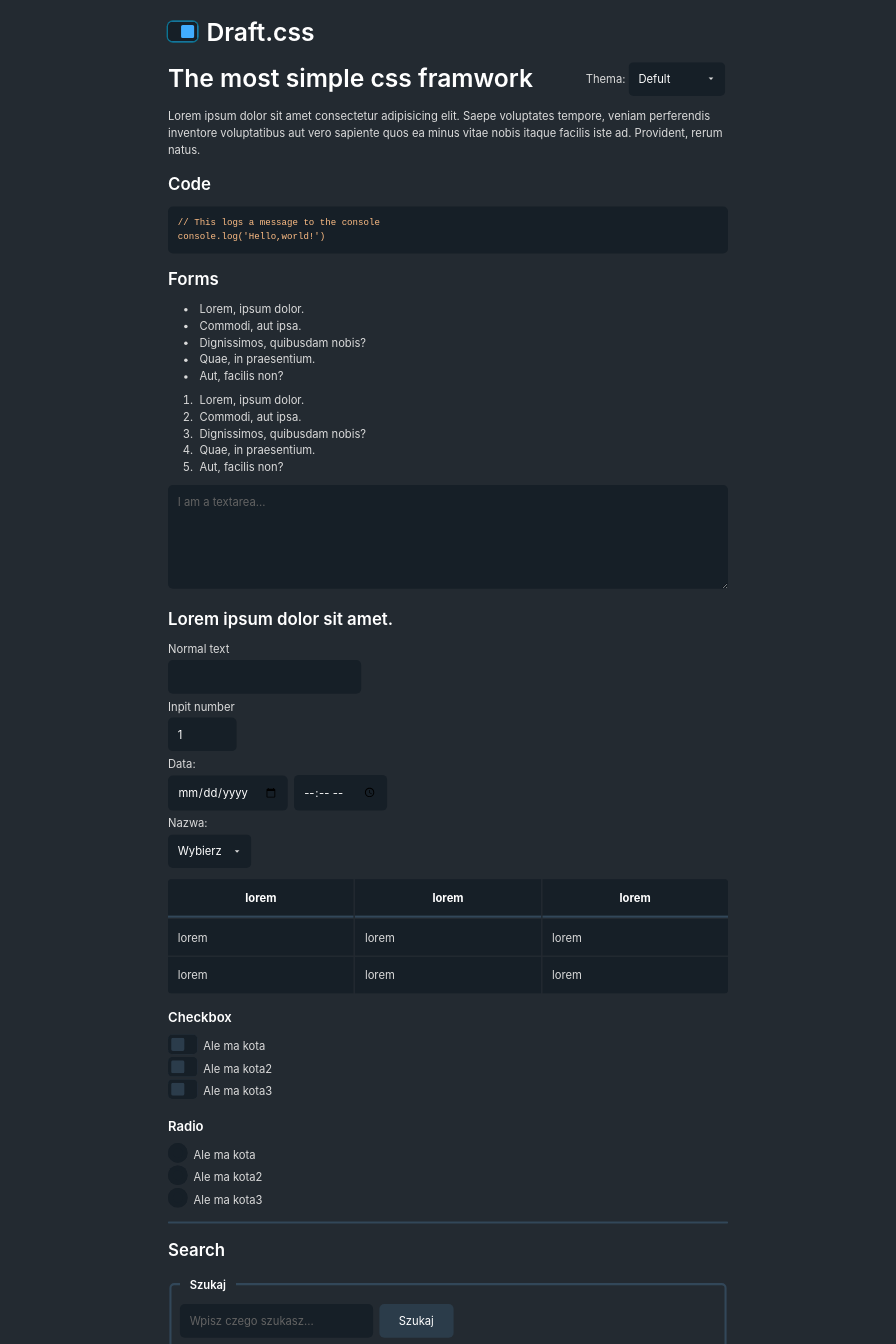
Repository: KozakBartosz/Draft
Page: index.html
An editor plug-in stored every save of this project. The page is shown before and after a run of saves, followed by the edit.
The browser window is 1280 px wide. The pictures show the part of the page from y = 0 to 1920 px (the page is 3289 px tall before and 3299 px after), at 70% of full size.

Above is the page before, as saved 2019-04-12 08:06:31.

### index.html
<!DOCTYPE html>
<html lang="en">
	<head>
		<meta charset="UTF-8" />
		<meta name="viewport" content="width=device-width, initial-scale=1.0" />
		<meta http-equiv="X-UA-Compatible" content="ie=edge" />
		<title>Draft.css</title>
		<link rel="stylesheet" href="draft.css" />
	</head>
	<body>
		<h1><input type="checkbox" checked="checked" /> Draft.css</h1>
		<div style="float: right">
			Thema:
			<select name="" id="changethema">
				<option value="0">Defult</option>
				<option value="1">Defult mini</option>
				<option value="2">Light</option>
				<option value="3">Blood</option>
				<option value="4">Matrix</option>
			</select>
		</div>
		<h1>The most simple css framwork</h1>

		<p>
			Lorem ipsum dolor sit amet consectetur adipisicing elit. Saepe
			voluptates tempore, veniam perferendis inventore voluptatibus aut
			vero sapiente quos ea minus vitae nobis itaque facilis iste ad.
			Provident, rerum natus.
		</p>

		<h2>Code</h2>
		<pre><code>// This logs a message to the console<br />console.log('Hello,world!')</code></pre>
		<h2>Forms</h2>

		<ul>
			<li>Lorem, ipsum dolor.</li>
			<li>Commodi, aut ipsa.</li>
			<li>Dignissimos, quibusdam nobis?</li>
			<li>Quae, in praesentium.</li>
			<li>Aut, facilis non?</li>
		</ul>
		<ol>
			<li>Lorem, ipsum dolor.</li>
			<li>Commodi, aut ipsa.</li>
			<li>Dignissimos, quibusdam nobis?</li>
			<li>Quae, in praesentium.</li>
			<li>Aut, facilis non?</li>
		</ol>
		<textarea
			name="about"
			id="about"
			placeholder="I am a textarea..."
			rows="6"
		></textarea>
		<h2>Lorem ipsum dolor sit amet.</h2>
		<label>
			Normal text
			<input type="text" />
		</label>
		<label>
			Inpit number <input type="number" / value="1">
		</label>
		Data:
		<div>
			<input type="date" />
			<input type="time" />
		</div>
		<label>
			Nazwa:
			<select name="" id="">
				<option value="">Wybierz</option>
				<option value="">jeden</option>
				<option value="">dwa</option>
				<option value="">trzy</option>
			</select>
		</label>

		<table>
			<tr>
				<th>lorem</th>
				<th>lorem</th>
				<th>lorem</th>
			</tr>
			<tr>
				<td>lorem</td>
				<td>lorem</td>
				<td>lorem</td>
			</tr>
			<tr>
				<td>lorem</td>
				<td>lorem</td>
				<td>lorem</td>
			</tr>
		</table>

		<h3>Checkbox</h3>
		<label> <input type="checkbox" /> Ale ma kota </label>

		<label> <input type="checkbox" /> Ale ma kota2 </label>

		<label> <input type="checkbox" /> Ale ma kota3 </label>

		<h3>Radio</h3>
		<label> <input type="radio" name="radio" /> Ale ma kota </label>
		<label> <input type="radio" name="radio" /> Ale ma kota2 </label>
		<label> <input type="radio" name="radio" /> Ale ma kota3 </label>

		<hr />

		<h2>Search</h2>

		<fieldset class="search">
			<legend>Szukaj</legend>
			<form action="produkty,szukaj" method="get">
				<input
					type="text"
					name="q"
					placeholder="Wpisz czego szukasz..."
				/>
				<button>Szukaj</button>
			</form>
		</fieldset>

		<h2>Change button color by html</h2>

		<h2>Code</h2>
		<pre><code>&lt;button&gt;Exit&lt;/button&gt;<br>&lt;button style="--button: #7e1616; --buttonhover: #b40d0d;"&gt;
	Ok<br>&lt;/button&gt;</code></pre>

		<h3>result</h3>
		<button>Exit</button>
		<button style="--button: #7e1616; --buttonhover: #b40d0d;">
			Ok
		</button>

		<h2>Details</h2>

		<details>
			<summary>Szczypta detali</summary>
			<p>Informacje szczegółowe na dany temat.</p>
		</details>

		<details open>
			<summary>Jeszcze wiecej szczegółów</summary>
			<p>Tu jest jeszcze wiecej informacji szczegółowych</p>
		</details>

		<h2>Real Form</h2>

		<form>
			<label for="email">Email</label>
			<input
				type="email"
				name="email"
				id="email"
				placeholder="john.doe@gmail.com"
			/>

			<label for="id">User id (read only)</label>
			<input readonly="" name="id" id="id" value="04D6H89Z" />

			<label for="disabled">Random disabled input</label>
			<input
				disabled=""
				name="disabled"
				id="disabled"
				placeholder="Because why not?"
			/>

			<label for="about">About me</label>

			<input type="checkbox" name="remember" id="remember" checked="" />
			<label for="remember">Remember me</label>

			<input type="submit" />
		</form>

		<p>
			<strong>Lorem ipsum</strong> dolor sit,
			<a href="">amet consectetur adipisicing</a> elit.
			<i>Hic nobis</i> atque eligendi voluptatum doloribus rem praesentium
			veniam quo delectus explicabo, architecto ipsam ipsa unde vitae
			excepturi iusto nesciunt placeat ducimus.
		</p>
		<p>
			Lorem ipsum dolor sit amet consectetur adipisicing elit. Enim saepe
			quisquam delectus accusantium nam recusandae obcaecati ullam, non
			neque <a href="">commodi modi tempore </a>magni magnam. Tenetur
			officiis mollitia facere libero sint.
		</p>
		<h4>Lorem ipsum dolor sit amet.</h4>
		<p>
			Lorem ipsum dolor, sit amet consectetur adipisicing elit. Possimus,
			vero quibusdam. Rerum libero nihil aspernatur, ipsam vel voluptatem
			inventore quasi. Odit, sapiente? Delectus beatae laudantium sapiente
			cupiditate et libero? Corrupti.
		</p>

		<button>Send</button>
		<script>
			var themes = [
				[
					{ brand: "#41adff" },
					{ mainbg: "#232a31" },
					{ mainpaddng: "14px" },
					{ radius: "7px" },

					{ low: "#161f27" },
					{ like: "#2b3c4b" },
					{ midi: "#324759" },
					{ hight: "#0b7392" },

					{ text: "#dbdbdb" },
					{ textContrast: "#fff" },

					{ code: "#ffbe85" },

					{ button: "#2b3c4a" },
					{ buttonhover: "#334a5e" },
					{ buttontext: "#fff" },

					{ fillhover: "#1b2731" }
				],
				[
					{ brand: "#41adff" },
					{ mainbg: "#232a31" },
					{ mainpaddng: "12px" },
					{ radius: "12px" },

					{ low: "#161f27" },
					{ like: "#2b3c4b" },
					{ midi: "#324759" },
					{ hight: "#0b7392" },

					{ text: "#dbdbdb" },
					{ textContrast: "#fff" },

					{ code: "#ffbe85" },

					{ button: "#2b3c4a" },
					{ buttonhover: "#334a5e" },
					{ buttontext: "#fff" },

					{ fillhover: "#1b2731" }
				],
				[
					{ brand: "#41adff" },
					{ mainbg: "#ffffff" },
					{ mainpaddng: "14px" },
					{ radius: "7px" },

					{ low: "#e8f1fa" },
					{ like: "#cfe2f7" },
					{ midi: "#b2cee7" },
					{ hight: "#1db5e4" },

					{ text: "#3f4646" },
					{ textContrast: "#1a1f1f" },

					{ code: "#20595f" },

					{ button: "#3dcca1" },
					{ buttonhover: "#34e0ad" },
					{ buttontext: "#fff" },

					{ fillhover: "#e8f5ff" }
				],
				[
					{ mainpaddng: "18px" },
					{ radius: "3px" },
					{ brand: "#c21a1a" },
					{ mainbg: "#312323" },

					{ code: "#ffbe85" },

					{ text: "#dbdbdb" },
					{ textContrast: "#fff" },

					{ button: "#4a2b2b" },
					{ buttonhover: "#5e3333" },
					{ buttontext: "#fff" },

					{ fillhover: "#311b1b" },

					{ low: "#271616" },
					{ like: "#4b2b2b" },
					{ midi: "#593232" },
					{ hight: "#800f0f" }
				],
				[
					{ mainpaddng: "11px" },
					{ radius: "13px" },
					{ brand: "#1ac260" },
					{ mainbg: "#233126" },

					{ code: "#c0ff85" },

					{ text: "#dbdbdb" },
					{ textContrast: "#fff" },

					{ button: "#324a2b" },
					{ buttonhover: "#385e33" },
					{ buttontext: "#fff" },

					{ fillhover: "#1b3122" },

					{ low: "#162717" },
					{ like: "#2b4b2e" },
					{ midi: "#32593f" },
					{ hight: "#0f803a" }
				]
			];

			let changethema = document.getElementById("changethema");
			let root = document.documentElement;
			changethema.addEventListener("change", e => {
				console.log(e);
				var theme = themes[e.target.value];
				theme.forEach(element => {
					var k = Object.keys(element)[0];
					root.style.setProperty("--" + k, element[k]);
				});
			});
		</script>
	</body>
</html>

### draft.css
/* TO DO */
/* <details> */
:root {
	--brand: #41adff;
	--mainbg: #232a31;
	--mainpaddng: 14px;
	--radius: 7px;

	--low: #161f27;
	--like: #2b3c4b;
	--midi: #324759;
	--hight: #0b7392;

	--text: #dbdbdb;
	--textContrast: #fff;

	--code: #ffbe85;

	--button: #2b3c4a;
	--buttonhover: #334a5e;
	--buttontext: #fff;

	--fillhover: #1b2731;
}
/*
:root {
	--brand: #41adff;
	--mainbg: #ffffff;
	--mainpaddng: 14px;
	--radius: 7px;

	--low: #e8f1fa;
	--like: #cfe2f7;
	--midi: #b2cee7;
	--hight: #1db5e4;

	--text: #3f4646;
	--textContrast: #1a1f1f;

	--code: #20595f;

	--button: #3dcca1;
	--buttonhover: #34e0ad;
	--buttontext: #fff;

	--fillhover: #e8f5ff;
} */

/* :root {
	--mainpaddng: 18px;
	--radius: 3px;
	--brand: #c21a1a;
	--mainbg: #312323;

	--code: #ffbe85;

	--text: #dbdbdb;
	--textContrast: #fff;

	--button: #4a2b2b;
	--buttonhover: #5e3333;
	--buttontext: #fff;

	--fillhover: #311b1b;

	--low: #271616;
	--like: #4b2b2b;
	--midi: #593232;
	--hight: #800f0f;
} */

/* :root {
	--mainpaddng: 11px;
	--radius: 13px;
	--brand: #1ac260;
	--mainbg: #233126;

	--code: #c0ff85;

	--text: #dbdbdb;
	--textContrast: #fff;

	--button: #324a2b;
	--buttonhover: #385e33;
	--buttontext: #fff;

	--fillhover: #1b3122;

	--low: #162717;
	--like: #2b4b2e;
	--midi: #32593f;
	--hight: #0f803a;
} */
body {
	font-family: -apple-system, BlinkMacSystemFont, "Segoe UI", "Roboto",
		"Oxygen", "Ubuntu", "Cantarell", "Fira Sans", "Droid Sans",
		"Helvetica Neue", sans-serif;
	line-height: 1.5;
	max-width: 800px;
	margin: 20px auto;
	padding: 0 var(--mainpaddng);
	color: var(--text);
	background: var(--mainbg);
	text-rendering: optimizeLegibility;
}

label {
	display: block;
}

button,
input,
textarea {
	vertical-align: middle;
	transition: background-color 0.2s ease, box-shadow 0.2s ease,
		transform 0.2s ease;
}
h1 {
	font-size: 2.2em;
	margin-top: 0;
}
h1,
h2,
h3,
h4,
h5,
h6 {
	margin-bottom: 12px;
}
h1,
h2,
h3,
h4,
h5,
h6,
strong {
	color: var(--textContrast);
	font-weight: 600;
}
button,
input[type="submit"],
input[type="button"],
input[type="checkbox"],
input[type="radio"] {
	cursor: pointer;
	display: inline-block;
}

input,
select,
button,
textarea {
	/* display: block; */
	color: var(--textContrast);
	background-color: var(--low);
	font-family: inherit;
	font-size: inherit;
	margin: 4px 4px 6px 0;
	padding: var(--mainpaddng);
	border: none;
	border-radius: var(--radius);
	outline: none;
	-webkit-appearance: none;
}
input[type="number"] {
	max-width: calc(var(--mainpaddng) * 5);
}

button:hover,
input:hover,
select:hover,
textarea:hover,
textarea:hover {
	background-color: var(--fillhover);
}

label > input,
label > select {
	display: block;
}

textarea {
	margin-right: 0;
	width: 100%;
	box-sizing: border-box;
	resize: vertical;
}
button,
input[type="submit"],
input[type="button"] {
	color: var(--buttontext);
	background-color: var(--button);
	padding: var(--mainpaddng) calc(var(--mainpaddng) * 2);
}

select {
	padding-right: calc(var(--mainpaddng) * 3);
	background: var(--low)
		url("data:[embedded picture, 198 characters]")
		100% 50%/27px 7px no-repeat;
}

input:focus,
select:focus,
button:focus,
textarea:focus {
	background-color: var(--fillhover);
	box-shadow: 0 0 0 2px var(--hight);
}

button:focus,
input[type="submit"]:focus,
input[type="button"]:focus {
	background-color: var(--buttonhover);
}

button:hover,
input[type="submit"]:hover,
input[type="button"]:hover {
	background-color: var(--buttonhover);
	box-shadow: 0 5px 20px -5px rgba(0, 0, 0, 0.35), 0 3px 0 0 var(--button);
	transform: translateY(-3px);
}
button:active {
	transform: translateY(0px);
	box-shadow: 0 5px 20px -5px rgba(0, 0, 0, 0.35);
}

input:disabled {
	cursor: not-allowed;
	opacity: 0.5;
}

input[type="radio"],
input[type="checkbox"] {
	margin-top: -2px;
	transition: background-color 0.25s ease,
		box-shadow 0.25s cubic-bezier(0.53, 1.59, 0.51, 1);
}
input[type="checkbox"] {
	background-color: var(--like);
	width: calc(var(--mainpaddng) * 3);
	box-shadow: calc(var(--mainpaddng) * -1) 0 0 calc(var(--mainpaddng) / 3)
			var(--low) inset,
		0 0 0 calc(var(--mainpaddng) / 3) var(--low) inset;
}
input[type="checkbox"]:hover,
input[type="radio"]:hover {
	background-color: var(--midi);
}
input[type="checkbox"]:focus {
	box-shadow: calc(var(--mainpaddng) * -1) 0 0 calc(var(--mainpaddng) / 3)
			var(--low) inset,
		0 0 0 calc(var(--mainpaddng) / 3) var(--low) inset,
		0 0 0 2px var(--hight);
}

input[type="radio"] {
	border-radius: 100%;
	box-shadow: 0 0 0 calc(var(--mainpaddng) / 2) var(--low) inset;
}
input[type="checkbox"]:checked,
input[type="radio"]:checked {
	box-shadow: 0 0 0 calc(var(--mainpaddng) / 3) var(--low) inset,
		0 0 0 2px var(--hight), 0 0 0 1px var(--low);
	background-color: var(--brand);
}

input[type="checkbox"]:checked {
	box-shadow: var(--mainpaddng) 0 0 calc(var(--mainpaddng) / 3) var(--low)
			inset,
		0 0 0 calc(var(--mainpaddng) / 3) var(--low) inset,
		0 0 0 2px var(--hight);
}

::placeholder {
	color: #636363;
}
a {
	text-decoration: none;
	color: var(--hight);
}
a:hover {
	text-decoration: underline;
	color: var(--brand);
}
ul,
ol {
	margin: 10px 0;
}

ul > li,
ol > li {
	color: var(--text);
	padding-left: 5px;
}

code,
kbd {
	background: var(--low);
	color: var(--code);
	padding: var(--mainpaddng);
	border-radius: var(--radius);
}
/* pre {
	margin: 0 calc(var(--mainpaddng) * -1);
} */
pre > code {
	display: block;
	overflow-x: auto;
}
img {
	max-width: 100%;
}
hr {
	margin: var(--mainpaddng) 0;
	border: none;
	height: 3px;
	border-radius: calc(var(--radius) / 6);
	background: var(--midi);
}
fieldset {
	border: 3px solid var(--midi);
	border-radius: var(--radius);
}
fieldset > legend {
	font-weight: 600;
	color: var(--textContrast);
	padding: calc(var(--mainpaddng) / 2) calc(var(--mainpaddng));
}

table {
	/* border-collapse: collapse; */
	margin: var(--mainpaddng) -2px;
	border-radius: calc(var(--radius) + 4px);
	width: calc(100% + 4px);
	overflow: hidden;
	border-spacing: 2px;
}
td,
th {
	padding: var(--mainpaddng);
	background: var(--low);
}
th {
	border-bottom: 3px solid var(--midi);
	color: var(--textContrast);
}
tr:hover td,
tr:hover th {
	background-color: var(--fillhover);
}

After the next 2 saves:
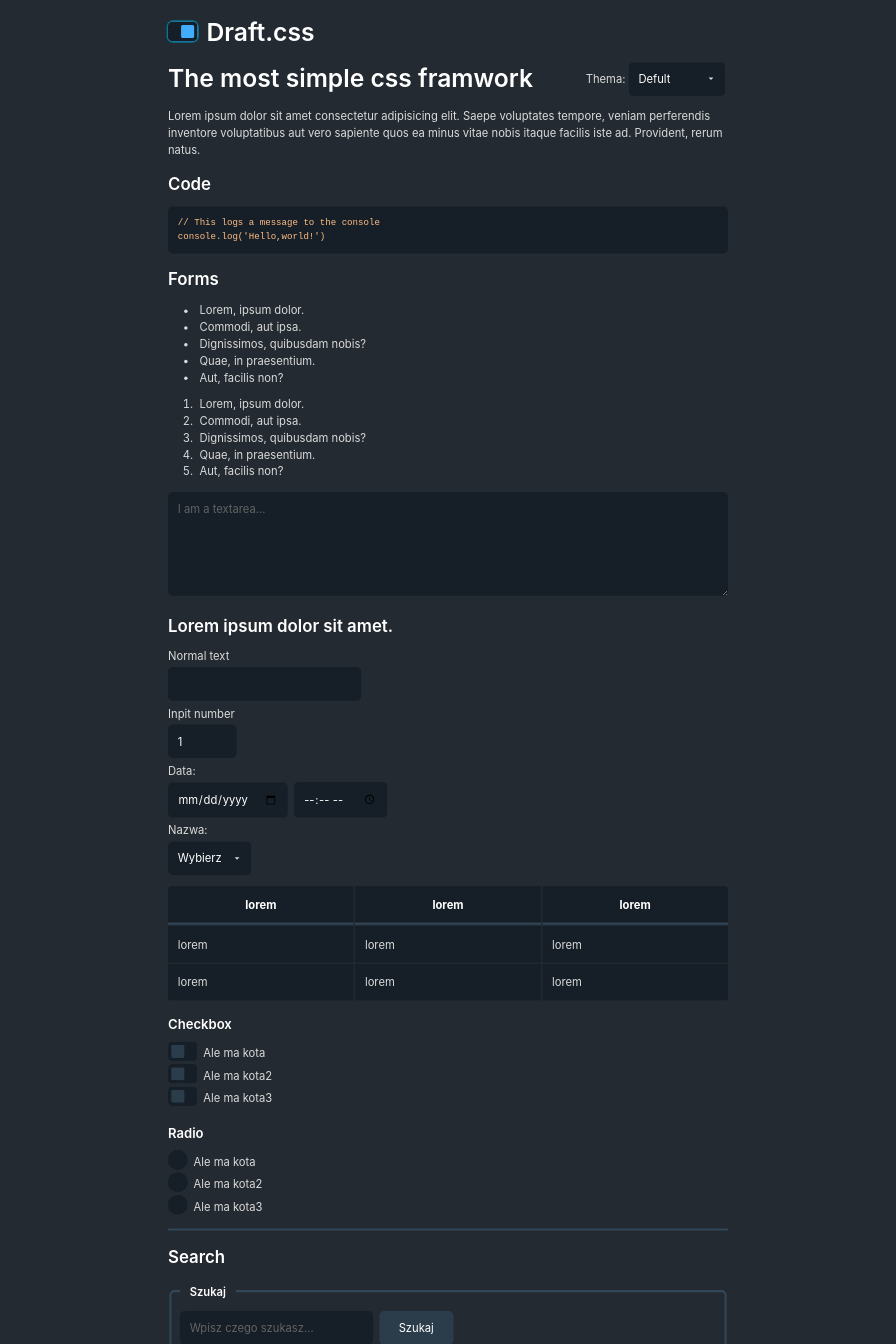
The 2 saves are shown as one change because they came seconds apart.
The last was saved 19 s later.
--- a/draft.css
+++ b/draft.css
@@ -286,7 +286,7 @@ a:hover {
 }
 ul,
 ol {
-	margin: 10px 0;
+	margin: var(--mainpaddng) 0;
 }
 
 ul > li,
